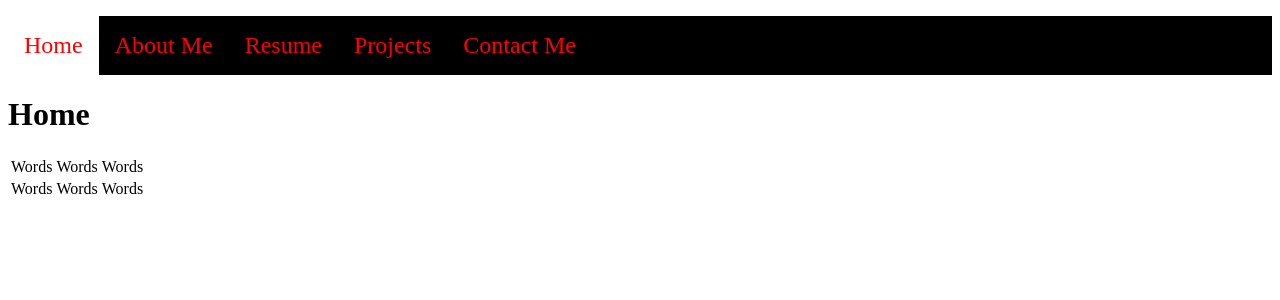
Repository: Kur0bane/Kur0bane.github.io
Page: index.html
The author's editor kept a record of every edit. The page is drawn from the files as they stood at one moment, then again after the next edit.
The browser window is 1280 px wide. The pictures show the whole page.

Above is the page before.

After the next edit:
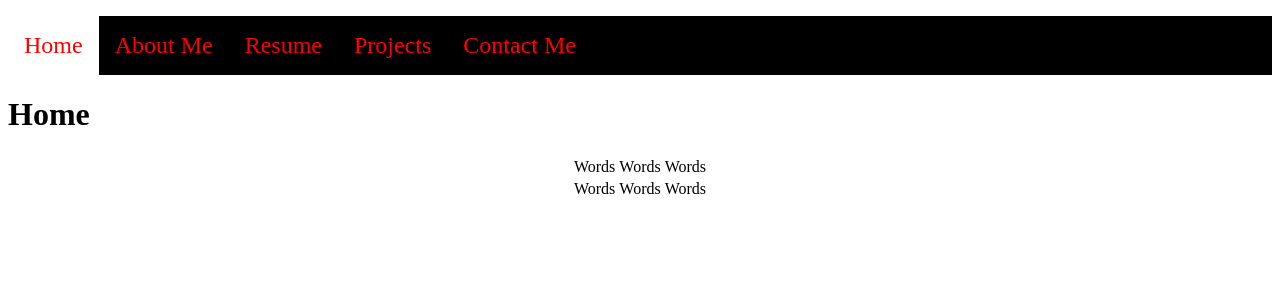
The edit:
--- a/index.html
+++ b/index.html
@@ -23,7 +23,7 @@
         </ul>
 
         <h1>Home</h1>
-        <table class="table">
+        <table align="center">
             <tr>
                 <td>Words</td>
                 <td>Words</td>
